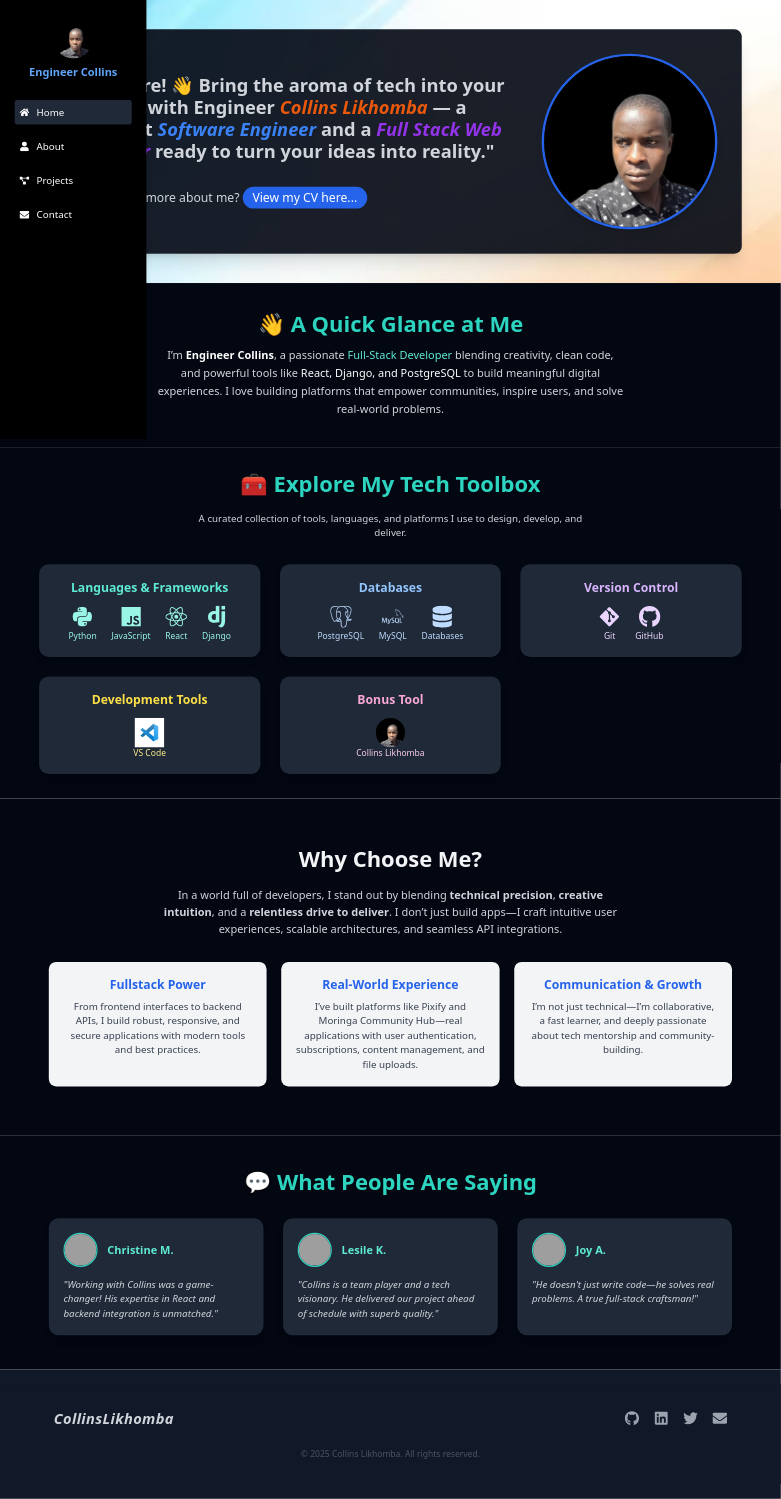
Repository: Engineer-collo/Portfolio
Page: /
An editor plug-in stored every save of this project. The page is shown before and after the next save, followed by the edit.
The browser window is 1280 px wide. The pictures show the whole page, at 61% of full size.
Pictures or frames that could not be fetched are drawn as grey boxes. The project was rebuilt for these pictures with package versions that can differ from the ones it lists, and the page was loaded fresh each time. Also part of the build but not shown: vite.config.js, src/pages/About.jsx, src/pages/Projects.jsx, src/pages/Contact.jsx, src/pages/Blog.jsx, src/pages/Skills.jsx.

Above is the page before, as saved 2025-06-10 22:05:36.

### index.html
<!DOCTYPE html>
<html lang="en">
<head>
  <meta charset="UTF-8">
  <meta name="viewport" content="width=device-width, initial-scale=1.0">
  <title>Portfolio</title>
</head>
<body class="bg-gray-100">
  <div id="root"></div>
  <script type="module" src="/src/main.jsx"></script>
</body>
</html>

### src/main.jsx
import React from 'react'
import ReactDOM from 'react-dom/client'
import './index.css'
import App from './App'

ReactDOM.createRoot(document.getElementById('root')).render(
  <React.StrictMode>
    <App />
  </React.StrictMode>,
)

### src/App.jsx
import { BrowserRouter as Router, Route, Routes } from "react-router-dom";
import HomePage from "./pages/HomePage";
import About from "./pages/About";
import Project from "./pages/Projects";
import Contact from "./pages/Contact";
import Blog from "./pages/Blog";
import Skills from "./pages/Skills";

function App() {
  return (
    <Router>

      <Routes>
        <Route path="/" element={<HomePage />} />
        <Route path="/about" element={<About />} />
        <Route path="/projects" element={<Project />} />
        <Route path="/contact" element={<Contact />} />
        <Route path="/skills" element={<Skills />} />
        <Route path="/blog" element={<Blog />} />


      </Routes>
    </Router>
  );
}

export default App;

### src/pages/HomePage.jsx
import React from 'react';
import Navbar from '../components/Navbar';
import Footer from './Footer';
import TechStackToolbox from './TechStackToolbox';
import Testimonials from './Testimonials';
import AboutMeSummary from './AboutMeSummary';

const HomePage = () => {
  return (
    <div className="text-gray-800 font-sans min-h-screen flex flex-col">
      {/* Navbar */}
      <header className="bg-gray-900 text-white shadow">
        <Navbar />
      </header>

      {/* Hero Section */}
      <section
        className="pt-12 pb-12 flex-grow flex justify-center items-center px-4
                   bg-[url('/bg.png')] bg-cover bg-center bg-no-repeat"
      >
        <div className="flex flex-col md:flex-row items-center
                        text-center md:text-left gap-10
                        bg-gray-950 bg-opacity-90 p-6 md:p-10 rounded-xl shadow-xl
                        max-w-6xl w-full">
          {/* Text Side */}
          <div className="flex-1">
            <h1 className="text-gray-300 font-bold text-3xl">
              "Hey there! 👋 Bring the aroma of tech into your business with Engineer{" "}
              <span>
                <i className="text-orange-600"><strong>Collins Likhomba</strong></i>
              </span>{" "}
              — a proficient               <span>
                <i className="text-blue-500"><strong>Software Engineer</strong></i>
              </span>{" "}
              and a
   {' '}               <span>
                <i className="text-purple-600"><strong>Full Stack Web Developer</strong></i>
              </span>{" "}
 ready to turn your ideas into reality."
            </h1>
            <p className="text-xl pt-6 text-gray-300">
              Want to know more about me?&nbsp;
              <a
                href="https://my-cv-henna-beta.vercel.app/"
                className="mt-4 inline-block bg-blue-600 text-white px-4 py-1 rounded-full hover:bg-blue-700 transition"
                target="_blank"
                rel="noopener noreferrer"
              >
                View my CV here...
              </a>
            </p>
          </div>

          {/* Image Side */}
          <div className="flex-shrink-0 w-52 h-52 sm:w-72 sm:h-72 rounded-full border-4 border-blue-600 shadow-lg overflow-hidden">
            <img
              src="/picture.png"
              alt="Profile"
              className="w-full h-full object-cover"
            />
          </div>
        </div>
      </section>

      <AboutMeSummary />
      <TechStackToolbox />

      {/* Why Choose Me Section */}
      <section className="bg-gray-950 py-20 px-6 md:px-20 text-center">
        <h2 className="text-4xl font-bold text-gray-100 mb-6">Why Choose Me?</h2>
        <p className="max-w-3xl mx-auto text-gray-300 text-lg mb-10">
          In a world full of developers, I stand out by blending{" "}
          <strong>technical precision</strong>, <strong>creative intuition</strong>, and a{" "}
          <strong>relentless drive to deliver</strong>. I don’t just build apps—I craft{" "}
          intuitive user experiences, scalable architectures, and seamless API integrations.
        </p>
        <div className="grid md:grid-cols-3 gap-6 max-w-6xl mx-auto">
          <div className="bg-gray-100 p-6 rounded-xl shadow hover:shadow-lg transition">
            <h3 className="text-xl font-semibold mb-2 text-blue-600">Fullstack Power</h3>
            <p className="text-gray-700">
              From frontend interfaces to backend APIs, I build robust, responsive, and secure applications
              with modern tools and best practices.
            </p>
          </div>
          <div className="bg-gray-100 p-6 rounded-xl shadow hover:shadow-lg transition">
            <h3 className="text-xl font-semibold mb-2 text-blue-600">Real-World Experience</h3>
            <p className="text-gray-700">
              I’ve built platforms like Pixify and Moringa Community Hub—real applications with user authentication,
              subscriptions, content management, and file uploads.
            </p>
          </div>
          <div className="bg-gray-100 p-6 rounded-xl shadow hover:shadow-lg transition">
            <h3 className="text-xl font-semibold mb-2 text-blue-600">Communication & Growth</h3>
            <p className="text-gray-700">
              I’m not just technical—I’m collaborative, a fast learner, and deeply passionate about tech mentorship
              and community-building.
            </p>
          </div>
        </div>
      </section>

      <Testimonials />

      {/* Footer */}
      <footer className="bg-gray-900 text-white text-center py-6 mt-auto">
        <Footer />
      </footer>
    </div>
  );
};

export default HomePage;

### src/components/Navbar.jsx
import React from 'react';
import { Link, useLocation } from 'react-router-dom';
import {
  FaHome,
  FaUser,
  FaProjectDiagram,
  FaEnvelope
} from 'react-icons/fa';

const Navbar = () => {
  const location = useLocation();

  return (
    <aside className="fixed top-0 left-0 h-screen w-60 bg-black text-white flex flex-col items-center py-8 space-y-8 shadow-lg z-50">
      {/* Profile */}
      <div className="flex flex-col items-center space-y-2">
        <img
          src="picture.png"
          alt="Profile"
          className="h-16 w-16 rounded-full object-cover transition-transform duration-300 transform hover:scale-110"
        />
        <h2 className="text-lg font-bold text-blue-400">Engineer Collins</h2>
      </div>

      {/* Navigation links */}
      <nav className="flex flex-col space-y-4 w-full px-6 text-base">
        <Link
          to="/"
          className={`flex items-center gap-3 p-2 rounded hover:bg-gray-800 transition ${
            location.pathname === '/' ? 'bg-gray-800' : ''
          }`}
        >
          <FaHome /> Home
        </Link>
        <Link
          to="/about"
          className={`flex items-center gap-3 p-2 rounded hover:bg-gray-800 transition ${
            location.pathname === '/about' ? 'bg-gray-800' : ''
          }`}
        >
          <FaUser /> About
        </Link>
        <Link
          to="/projects"
          className={`flex items-center gap-3 p-2 rounded hover:bg-gray-800 transition ${
            location.pathname === '/projects' ? 'bg-gray-800' : ''
          }`}
        >
          <FaProjectDiagram /> Projects
        </Link>
        <Link
          to="/contact"
          className={`flex items-center gap-3 p-2 rounded hover:bg-gray-800 transition ${
            location.pathname === '/contact' ? 'bg-gray-800' : ''
          }`}
        >
          <FaEnvelope /> Contact
        </Link>
      </nav>
    </aside>
  );
};

export default Navbar;

### src/pages/Footer.jsx
import React from 'react';
import { FaGithub, FaLinkedin, FaTwitter, FaEnvelope } from 'react-icons/fa';

const Footer = () => {
  return (
    <footer className="bg-gray-900 text-gray-300 py-10">
      <div className="max-w-6xl mx-auto px-6 flex flex-col md:flex-row justify-between items-center space-y-6 md:space-y-0">

        {/* Logo or Name */}
        <div className="text-gray text-2xl font-bold tracking-wide">
          <strong><i>CollinsLikhomba</i></strong>
        </div>


        {/* Social Icons */}
        <div className="flex space-x-6 text-gray-400">
          <a
            href="https://github.com/Engineer-collo?tab=repositories"
            target="_blank"
            rel="noopener noreferrer"
            aria-label="GitHub"
            className="hover:text-white transition"
          >
            <FaGithub size={24} />
          </a>
          <a
            href="https://www.linkedin.com/in/collins-likhomba-7b364730a/"
            target="_blank"
            rel="noopener noreferrer"
            aria-label="LinkedIn"
            className="hover:text-blue-600 transition"
          >
            <FaLinkedin size={24} />
          </a>
          <a
            href="https://x.com/CollinsLikhomba"
            target="_blank"
            rel="noopener noreferrer"
            aria-label="Twitter"
            className="hover:text-blue-400 transition"
          >
            <FaTwitter size={24} />
          </a>
          <a
            href="mailto:collinslikhomba@gmail.com"
            aria-label="Email"
            className="hover:text-red-500 transition"
            target='_blank'
          >
            <FaEnvelope size={24} />
          </a>
        </div>
      </div>

      {/* Bottom copyright */}
      <div className="text-center text-gray-600 text-sm mt-8">
        &copy; {new Date().getFullYear()} Collins Likhomba. All rights reserved.
      </div>
    </footer>
  );
};

export default Footer;

### src/pages/TechStackToolbox.jsx
import {
    FaPython,
    FaJs,
    FaReact,
    FaGitAlt,
    FaGithub,
    FaDatabase,
  } from "react-icons/fa";
  import {
    SiDjango,
    SiPostgresql,
    SiMysql,

  } from "react-icons/si";

  export default function TechStackToolbox() {
    return (
      <div className="bg-gray-950 text-white py-10 px-6 md:px-16">
        <h2 className="text-3xl md:text-4xl font-bold mb-6 text-center text-teal-400">
          🧰 Explore My Tech Toolbox
        </h2>
        <p className="text-center mb-10 text-gray-300 max-w-2xl mx-auto">
          A curated collection of tools, languages, and platforms I use to design,
          develop, and deliver.
        </p>

        <div className="grid grid-cols-1 md:grid-cols-2 lg:grid-cols-3 gap-8 text-center">

          {/* Languages & Frameworks */}
          <div className="bg-gray-800 rounded-2xl p-6 shadow-lg hover:shadow-teal-500/30 transition">
            <h3 className="text-xl font-semibold mb-4 text-teal-300">
              Languages & Frameworks
            </h3>
            <div className="flex justify-center gap-6 text-teal-200">
              <div className="flex flex-col items-center text-sm">
                <FaPython className="text-4xl mb-1" />
                <span>Python</span>
              </div>
              <div className="flex flex-col items-center text-sm">
                <FaJs className="text-4xl mb-1" />
                <span>JavaScript</span>
              </div>
              <div className="flex flex-col items-center text-sm">
                <FaReact className="text-4xl mb-1" />
                <span>React</span>
              </div>
              <div className="flex flex-col items-center text-sm">
                <SiDjango className="text-4xl mb-1" />
                <span>Django</span>
              </div>
            </div>
          </div>

          {/* Databases */}
          <div className="bg-gray-800 rounded-2xl p-6 shadow-lg hover:shadow-blue-500/30 transition">
            <h3 className="text-xl font-semibold mb-4 text-blue-300">Databases</h3>
            <div className="flex justify-center gap-6 text-blue-200">
              <div className="flex flex-col items-center text-sm">
                <SiPostgresql className="text-4xl mb-1" />
                <span>PostgreSQL</span>
              </div>
              <div className="flex flex-col items-center text-sm">
                <SiMysql className="text-4xl mb-1" />
                <span>MySQL</span>
              </div>
              <div className="flex flex-col items-center text-sm">
                <FaDatabase className="text-4xl mb-1" />
                <span>Databases</span>
              </div>
            </div>
          </div>

          {/* Version Control */}
          <div className="bg-gray-800 rounded-2xl p-6 shadow-lg hover:shadow-purple-500/30 transition">
            <h3 className="text-xl font-semibold mb-4 text-purple-300">
              Version Control
            </h3>
            <div className="flex justify-center gap-6 text-purple-200">
              <div className="flex flex-col items-center text-sm">
                <FaGitAlt className="text-4xl mb-1" />
                <span>Git</span>
              </div>
              <div className="flex flex-col items-center text-sm">
                <FaGithub className="text-4xl mb-1" />
                <span>GitHub</span>
              </div>
            </div>
          </div>

          {/* Development Tools */}
          <div className="bg-gray-800 rounded-2xl p-6 shadow-lg hover:shadow-yellow-500/30 transition">
            <h3 className="text-xl font-semibold mb-4 text-yellow-300">
              Development Tools
            </h3>
            <div className="flex justify-center gap-6 text-yellow-200">
              <div className="flex flex-col items-center text-sm">
                <img className="h-12" src="/vscode.png" alt="Vscode icon" />
                <span>VS Code</span>
              </div>
            </div>
          </div>

          {/* Bonus Tool */}
          <div className="bg-gray-800 rounded-2xl p-6 shadow-lg hover:shadow-pink-500/30 transition">
            <h3 className="text-xl font-semibold mb-4 text-pink-300">Bonus Tool</h3>
            <div className="flex justify-center gap-6 text-pink-200">
              <div className="flex flex-col items-center text-sm">
                <img
                  className="h-12 w-12 rounded-full object-cover"
                  src="picture.png"
                  alt="Profile"
                />
                <span>Collins Likhomba</span>
              </div>
            </div>
          </div>

        </div>
      </div>
    );
  }

### src/pages/Testimonials.jsx
export default function Testimonials() {
    const testimonials = [
      {
        name: "Christine M.",
        content: "Working with Collins was a game-changer! His expertise in React and backend integration is unmatched.",
        profile_pic: "https://randomuser.me/api/portraits/women/68.jpg",
      },
      {
        name: "Lesile K.",
        content: "Collins is a team player and a tech visionary. He delivered our project ahead of schedule with superb quality.",
        profile_pic: "https://randomuser.me/api/portraits/men/45.jpg",
      },
      {
        name: "Joy A.",
        content: "He doesn't just write code—he solves real problems. A true full-stack craftsman!",
        profile_pic: "https://randomuser.me/api/portraits/women/22.jpg",
      },
    ];

    return (
      <div className="bg-gray-950 text-white py-14 px-6 md:px-20">
        <h2 className="text-3xl md:text-4xl font-bold mb-10 text-center text-teal-400">
          💬 What People Are Saying
        </h2>

        <div className="grid grid-cols-1 md:grid-cols-2 lg:grid-cols-3 gap-8">
          {testimonials.map((testimonial, index) => (
            <div
              key={index}
              className="bg-gray-800 p-6 rounded-2xl shadow-lg hover:shadow-teal-500/30 transition transform hover:-translate-y-1 duration-300"
            >
              <div className="flex items-center gap-4 mb-4">
                <img
                  src={testimonial.profile_pic}
                  alt={testimonial.name}
                  className="w-14 h-14 rounded-full border-2 border-teal-400 object-cover"
                />
                <div>
                  <h4 className="text-lg font-semibold text-teal-300">{testimonial.name}</h4>
                </div>
              </div>
              <p className="text-gray-300 italic">"{testimonial.content}"</p>
            </div>
          ))}
        </div>
      </div>
    );
  }

### src/pages/AboutMeSummary.jsx
import React from 'react';

export default function AboutMeSummary() {
  return (
    <section className="bg-gray-950 text-white py-12 px-6 md:px-20 text-center">
      <div className="max-w-3xl mx-auto">
        <h2 className="text-3xl md:text-4xl font-bold text-teal-400 mb-4">
          👋 A Quick Glance at Me
        </h2>
        <p className="text-gray-300 text-lg leading-relaxed">
          I’m <span className="text-white font-semibold">Engineer Collins</span>, a passionate
          <span className="text-teal-300 font-medium"> Full-Stack Developer</span> blending creativity,
          clean code, and powerful tools like
          <span className="text-white font-medium"> React, Django, and PostgreSQL</span> to build
          meaningful digital experiences. I love building platforms that empower communities, inspire users,
          and solve real-world problems.
        </p>
      </div>
    </section>
  );
}

Loaded but not shown: src/index.css (common file); tailwind.config.js (common file)

After the next save:
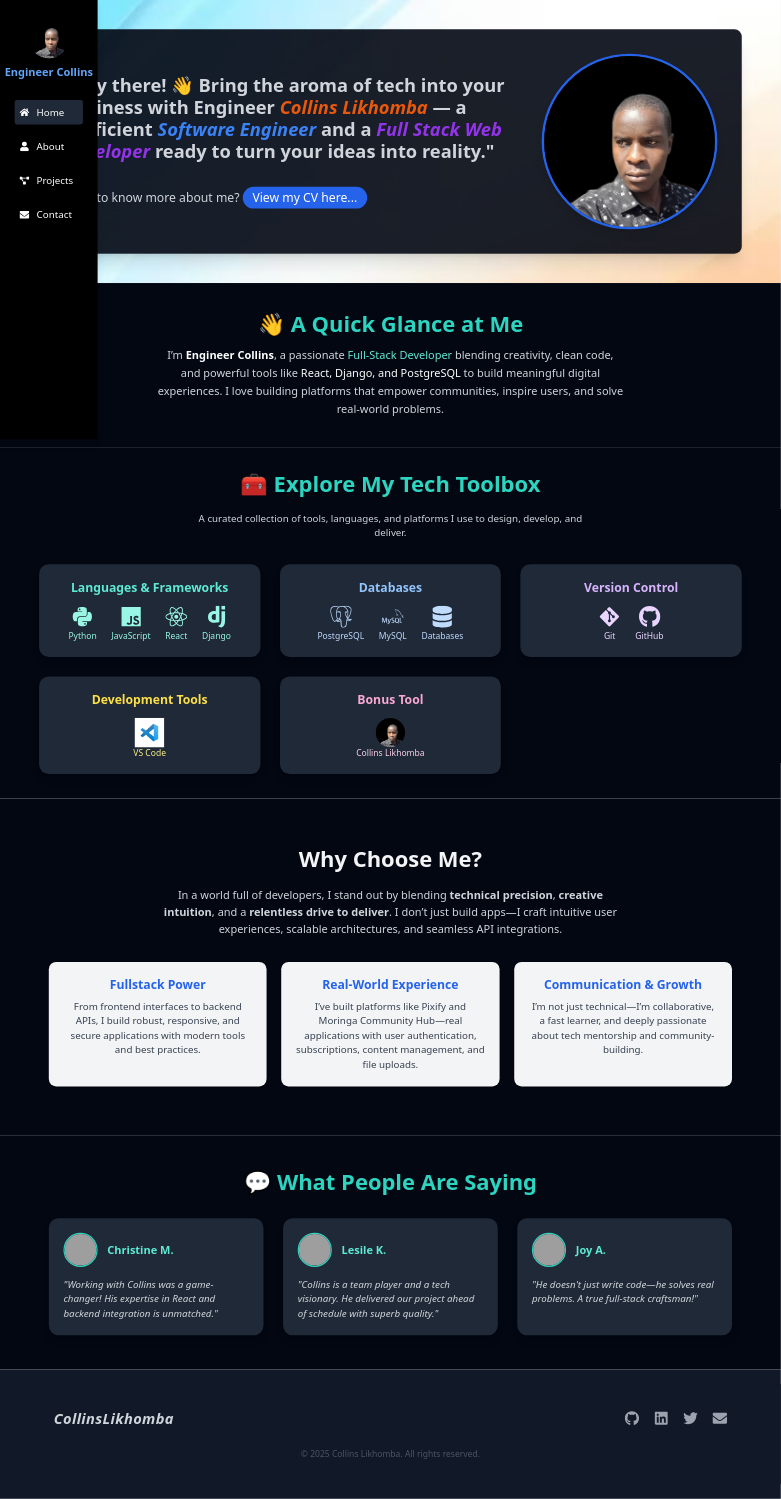
Saved 2 min 7 s later.
--- a/src/components/Navbar.jsx
+++ b/src/components/Navbar.jsx
@@ -11,7 +11,7 @@ const Navbar = () => {
   const location = useLocation();
 
   return (
-    <aside className="fixed top-0 left-0 h-screen w-60 bg-black text-white flex flex-col items-center py-8 space-y-8 shadow-lg z-50">
+    <aside className="fixed top-0 left-0 h-screen w-40 bg-black text-white flex flex-col items-center py-8 space-y-8 shadow-lg z-50">
       {/* Profile */}
       <div className="flex flex-col items-center space-y-2">
         <img
